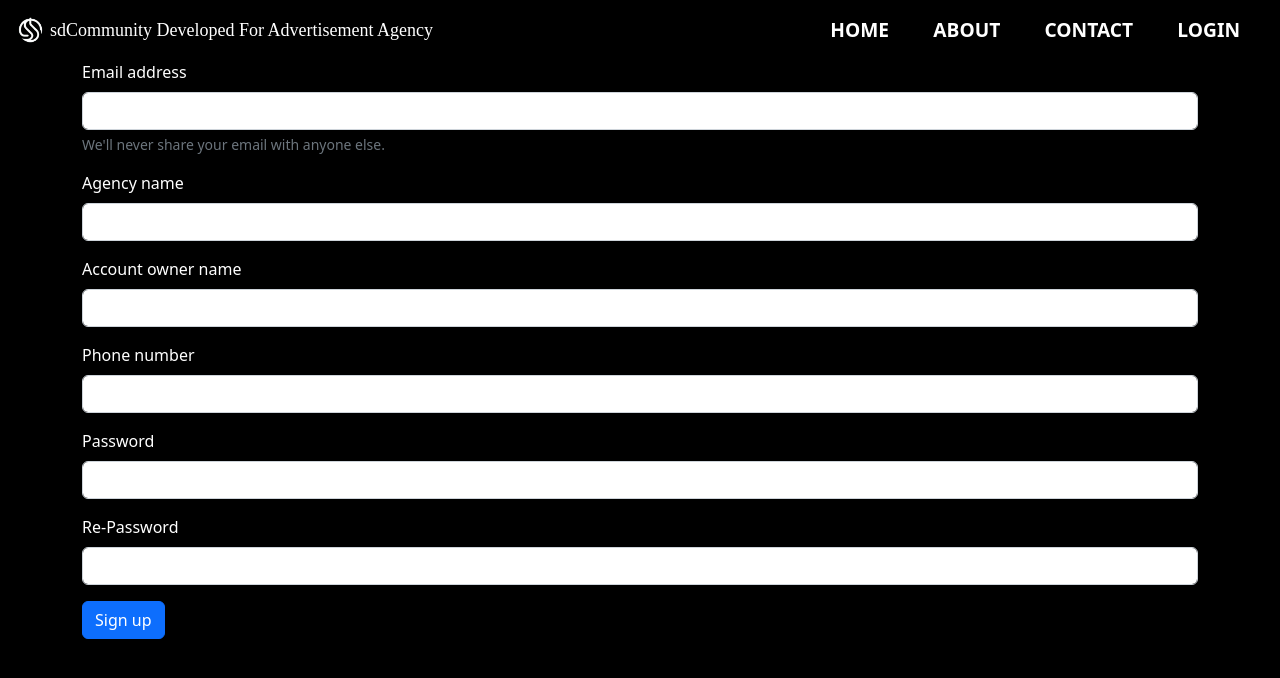
Repository: jaseem1999/sdCommunity
Page: http://localhost/sdCommunity/AdvSign.jsp
An editor plug-in stored every save of this project. The page is shown before and after the next save, followed by the edit.
The browser window is 1280 px wide. The pictures show the whole page.
The page is served by Tomcat 9.

Above is the page before, as saved 2023-10-17 04:51:17.

After the next save:
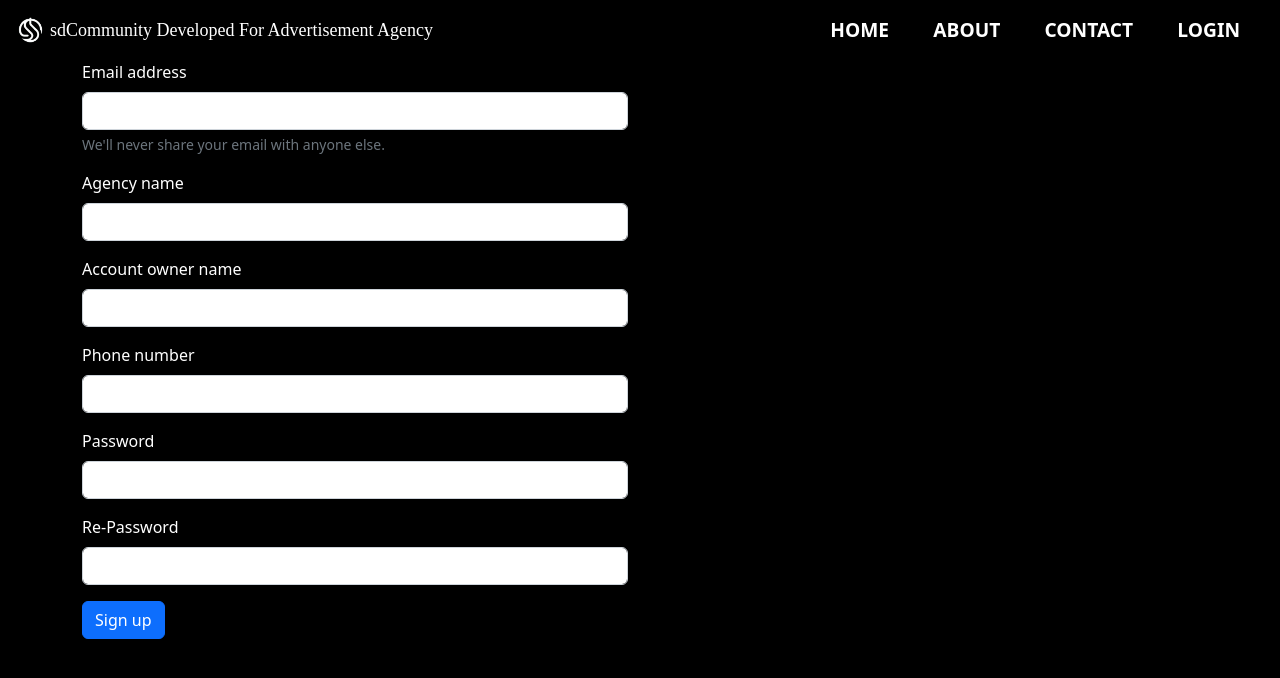
Saved 2 min 38 s later.
--- a/sdCommunity/src/main/webapp/AdvSign.jsp
+++ b/sdCommunity/src/main/webapp/AdvSign.jsp
@@ -102,34 +102,41 @@ a {
       </nav>
     </header>
     <div class="container">
-	    <form style="color: white;" >
-			  <div class="mb-3">
-			    <label for="exampleInputEmail1" class="form-label">Email address</label>
-			    <input type="email" class="form-control" id="exampleInputEmail1" aria-describedby="emailHelp">
-			    <div id="emailHelp" class="form-text">We'll never share your email with anyone else.</div>
-			  </div>
-			  <div class="mb-3">
-			    <label for="exampleInputAgName" class="form-label">Agency name</label>
-			    <input type="text" class="form-control" id="exampleInputAgName" aria-describedby="agNameHelp">
-			  </div>
-			  <div class="mb-3">
-			    <label for="exampleInputName" class="form-label">Account owner name</label>
-			    <input type="text" class="form-control" id="exampleInputName" aria-describedby="nameHelp">
-			  </div>
-			  <div class="mb-3">
-			    <label for="exampleInputNumber" class="form-label">Phone number</label>
-			    <input type="tel" class="form-control" id="exampleInputNumber" aria-describedby="numberHelp">
-			  </div>
-			  <div class="mb-3">
-			    <label for="exampleInputPassword1" class="form-label">Password</label>
-			    <input type="password" class="form-control" id="exampleInputPassword1">
-			  </div>
-			  <div class="mb-3">
-			    <label for="exampleInputrepassword1" class="form-label">Re-Password</label>
-			    <input type="password" class="form-control" id="exampleInputrepassword1">
-			  </div>
-			  <button type="submit" class="btn btn-primary">Sign up</button>
-		</form>
+    <div class="row">
+	    	<div class="col">
+			    <form style="color: white;" >
+					  <div class="mb-3">
+					    <label for="exampleInputEmail1" class="form-label">Email address</label>
+					    <input type="email" class="form-control" id="exampleInputEmail1" aria-describedby="emailHelp">
+					    <div id="emailHelp" class="form-text">We'll never share your email with anyone else.</div>
+					  </div>
+					  <div class="mb-3">
+					    <label for="exampleInputAgName" class="form-label">Agency name</label>
+					    <input type="text" class="form-control" id="exampleInputAgName" aria-describedby="agNameHelp">
+					  </div>
+					  <div class="mb-3">
+					    <label for="exampleInputName" class="form-label">Account owner name</label>
+					    <input type="text" class="form-control" id="exampleInputName" aria-describedby="nameHelp">
+					  </div>
+					  <div class="mb-3">
+					    <label for="exampleInputNumber" class="form-label">Phone number</label>
+					    <input type="tel" class="form-control" id="exampleInputNumber" aria-describedby="numberHelp">
+					  </div>
+					  <div class="mb-3">
+					    <label for="exampleInputPassword1" class="form-label">Password</label>
+					    <input type="password" class="form-control" id="exampleInputPassword1">
+					  </div>
+					  <div class="mb-3">
+					    <label for="exampleInputrepassword1" class="form-label">Re-Password</label>
+					    <input type="password" class="form-control" id="exampleInputrepassword1">
+					  </div>
+					  <button type="submit" class="btn btn-primary">Sign up</button>
+				</form>
+			</div>
+			<div class="col">
+
+			</div>
+		</div>
 	</div>
 
 <script type="text/javascript">
